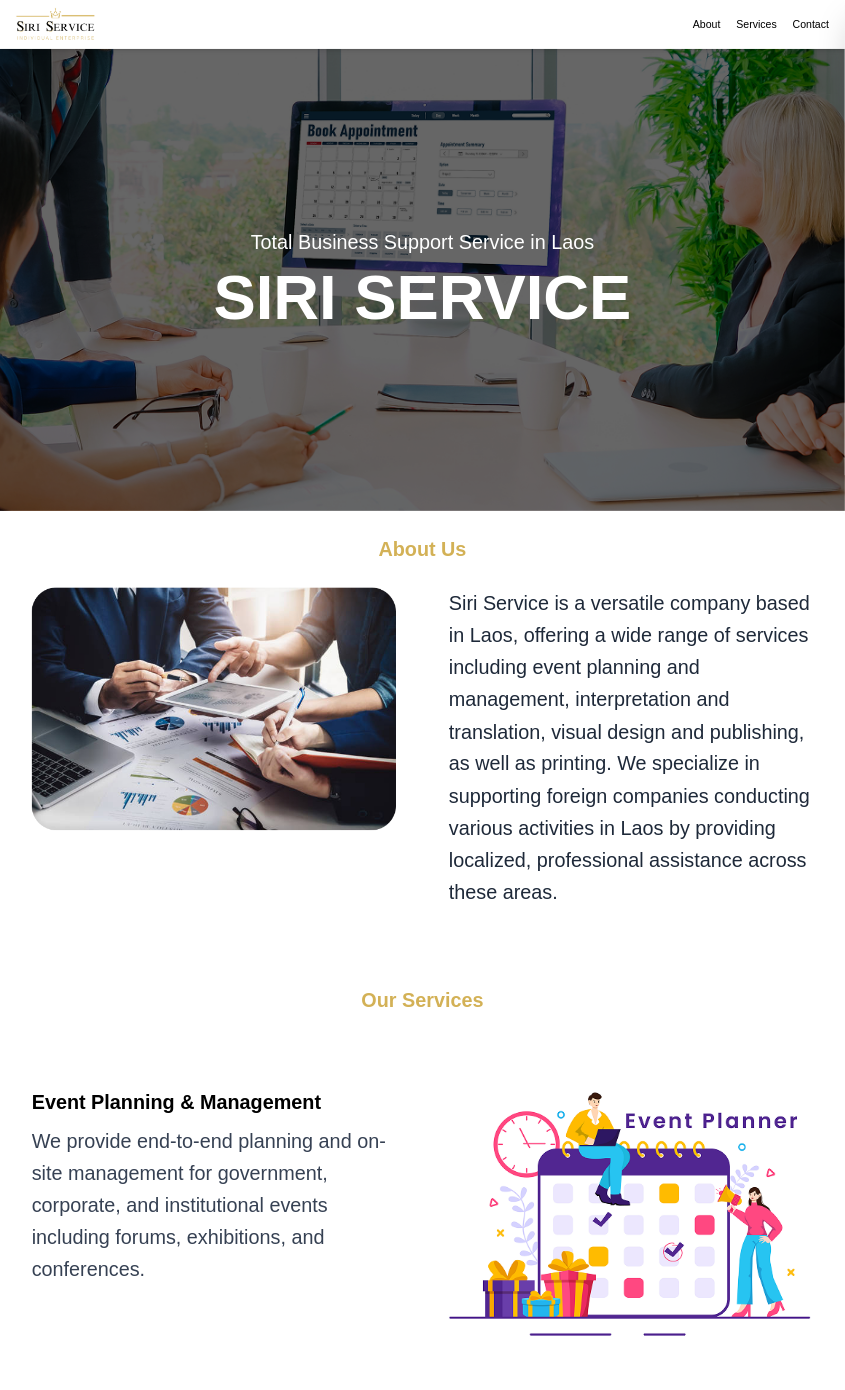
Repository: Phailin-teamplate/siri-service-web
Page: /
These files come from the project's save history. The page is drawn as it stood at one moment and after the next save; the edit follows.
The browser window is 1280 px wide. The pictures show the whole page, at 66% of full size.
The project was rebuilt for these pictures with package versions that can differ from the ones it lists, and the page was loaded fresh each time. The framework's server and built-in components were replaced by stand-ins that run in the browser. Also part of the build but not shown: next.config.ts.

Above is the page before, as saved 2025-07-02 14:48:51.

### src/app/layout.tsx
"use client";

import React, { useState, useEffect } from "react";
import { ArrowUpIcon } from "@heroicons/react/24/solid"; // Importing the arrow icon
// import { Geist, Geist_Mono } from "next/font/google";
// import { Inter, Noto_Sans_Lao } from "next/font/google";
import "./globals.css";
import Navbar from "@/src/components/navbar";

// const inter = Inter({ subsets: ["latin"] });
// const notoSansLao = Noto_Sans_Lao({ subsets: ["lao"] });

// const geistSans = Geist({
//   variable: "--font-geist-sans",
//   subsets: ["latin"],
// });
// const geistMono = Geist_Mono({
//   variable: "--font-geist-mono",
//   subsets: ["latin"],
// });

export default function RootLayout({
  children,
}: Readonly<{
  children: React.ReactNode;
}>) {
  const [isVisible, setIsVisible] = useState(false);

  // Detect scroll position and show button when scrolling down
  const handleScroll = () => {
    if (window.scrollY > 300) {
      setIsVisible(true);
    } else {
      setIsVisible(false);
    }
  };

  useEffect(() => {
    window.addEventListener("scroll", handleScroll);
    return () => {
      window.removeEventListener("scroll", handleScroll);
    };
  }, []);

  const scrollToTop = () => {
    window.scrollTo({ top: 0, behavior: "smooth" });
  };

  return (
    <html lang="en">
      {/* <body
        className={`${geistSans.variable} ${geistMono.variable} ${inter.className}  ${notoSansLao.className} antialiased`}
      > */}
      <body className="bg-white">
        <Navbar />
        {children}
        {/* <Footer /> */}

        {/* Popup Button with Icon for Scrolling to Top */}
        {isVisible && (
          <button
            onClick={scrollToTop}
            className="fixed bottom-2 right-5 md:bottom-5 md:right-10 bg-blue-500 text-white p-2 md:p-4 rounded-full shadow-lg hover:bg-blue-600 focus:outline-none transition-transform transform hover:scale-110"
          >
            {/* Heroicon Arrow Up Icon */}
            <ArrowUpIcon className="h-5 w-5 md:h-6 md:w-6" />
          </button>
        )}
      </body>
    </html>
  );
}

### src/app/page.tsx
import React from "react";
import Homepage from "@/src/components/Homepage";
import About from "@/src/components/About";
import Service from "@/src/components/Service";

export const metadata = {
  title: "About | TEAMPLATE",
  description:
    "Learn about TEAMPLATE — our story, mission, team, and values that drive our innovation.",
  keywords: ["teamplate", "about", "our story", "mission", "values", "team"],
  openGraph: {
    title: "About | TEAMPLATE",
    description:
      "Discover TEAMPLATE's story, mission, and the people behind our success.",
    url: "https://yourdomain.com/about",
    siteName: "TEAMPLATE",
    images: [
      {
        url: "https://yourdomain.com/images/about-og.jpg", // ✅ Replace with actual path
        width: 1200,
        height: 630,
        alt: "About TEAMPLATE",
      },
    ],
    locale: "en_US",
    type: "website",
  },
};

export default function Home() {
  return (
    <section className="w-full" id="about">
      <Homepage/>
      <About/>
      <Service/>
    </section>
  );
}

### src/components/navbar.tsx
import { useState, useCallback, useEffect } from "react";
import Image from "next/image";
import { Menu, X } from "lucide-react";
import Logo from "@/public/logo/Siri Service.png";

export default function Navbar() {
  const [isOpen, setIsOpen] = useState(false);

  // Function for smooth scrolling
  const handleSmoothScroll = useCallback((targetId: string) => {
    setIsOpen(false); // Close the sidebar

    if (targetId === "/") {
      window.scrollTo({ top: 0, behavior: "smooth" });
    } else {
      const targetElement = document.querySelector(targetId);
      if (targetElement) {
        targetElement.scrollIntoView({ behavior: "smooth" });
      }
    }
  }, []);

  const [isScrolled, setIsScrolled] = useState(false);

  // Detect scroll to change navbar background
  useEffect(() => {
    const handleScroll = () => {
      const scrollTop = window.scrollY;
      setIsScrolled(scrollTop > 10); // Trigger when scrolled 10px
    };

    window.addEventListener("scroll", handleScroll);

    return () => window.removeEventListener("scroll", handleScroll);
  }, []);

  return (
    <div className="w-full sticky top-0 z-50 bg-white shadow-md">
      <nav className="flex items-center justify-between px-6 py-3">
        {/* Logo */}
        <button
          onClick={() => handleSmoothScroll("/")}
          className="p-0 border-none bg-transparent active:opacity-80"
        >
          <Image
            className="w-20 sm:w-20 md:w-30 lg:w-30 xl:w-30 2xl:w-30 h-auto"
            src={Logo}
            alt="Appstore"
            priority
          />
        </button>

        {/* Desktop Links */}
        <div className="hidden md:flex gap-6">
          <button
            onClick={() => handleSmoothScroll("#about")}
            className="hover:text-blue-600 hover:underline transition-colors text-black duration-200 cursor-pointer"
          >
            About
          </button>
          <button
            onClick={() => handleSmoothScroll("#services")}
            className="hover:text-blue-600 hover:underline transition-colors text-black duration-200 cursor-pointer"
          >
            Services
          </button>
          <button
            onClick={() => handleSmoothScroll("#contact")}
            className="hover:text-blue-600 hover:underline transition-colors text-black duration-200 cursor-pointer"
          >
            Contact
          </button>
        </div>

        {/* Mobile Menu Button */}
        <button
          className="md:hidden focus:outline-none"
          onClick={() => setIsOpen(!isOpen)}
          aria-label="Toggle Menu"
        >
          {isOpen ? <X size={28} /> : <Menu size={28} />}
        </button>
      </nav>

      {/* Overlay (Closes menu when clicked) */}
      {isOpen && (
        <div
          className="fixed inset-0 z-40"
          onClick={() => setIsOpen(false)}
        ></div>
      )}

      {/* Mobile Sidebar */}
      <div
        className={`fixed top-0 right-0 h-full w-64 bg-white shadow-2xl p-6 flex flex-col transition-transform ${
          isOpen ? "translate-x-0" : "translate-x-full"
        } duration-300 ease-in-out z-50`}
      >
        {/* Sidebar Header */}
        <div className="flex justify-between items-center pb-4 mt-1">
          <h3 className="text-black text-2xl font-semibold">Menu</h3>
          <button
            className="text-black text-3xl font-bold focus:outline-none"
            onClick={() => setIsOpen(false)}
            aria-label="Close Menu"
          >
            <X size={28} />
          </button>
        </div>

        {/* Sidebar Links */}
        <div className="flex flex-col items-start gap-4 pb-4">
          <button
            onClick={() => handleSmoothScroll("#about")}
            className="hover:text-blue-600 hover:underline transition-colors duration-200 cursor-pointer"
          >
            About
          </button>
          <button
            onClick={() => handleSmoothScroll("#services")}
            className="hover:text-blue-600 hover:underline transition-colors duration-200 cursor-pointer"
          >
            Services
          </button>
          <button
            onClick={() => handleSmoothScroll("#contact")}
            className="hover:text-blue-600 hover:underline transition-colors duration-200 cursor-pointer"
          >
            Contact
          </button>
        </div>
      </div>
    </div>
  );
}

### src/components/Homepage.tsx
import Image from "next/image";
import BgSiri from "@/public/bg-siri.png";
import type { Metadata } from "next";

export const metadata: Metadata = {
  title: "SiriService | About Us",
  description: "We are a Laos-based IT startup aiming for the global market.",
};

export default function Homepage() {
  return (
    <div className="flex flex-col ">
      <div className="flex justify-center">
        <div className="relative w-full h-[400px] xs:h-[600px] sm:h-[650px] md:h-[700px] lg:h-[700px]">
          {/* Background Image */}
          <Image src={BgSiri} alt="StartUp" fill className="object-cover" />

          {/* Gradient Overlay */}
          <div className="absolute inset-0 bg-black/60 z-10" />

          {/* Centered Content */}
          <div className="absolute inset-0 z-20 flex flex-col items-center justify-center text-center px-4">
            <div className="mb-4 sm:mb-4">
              <p className="text-white text-sm xs:text-base sm:text-xl md:text-3xl font-medium">
                Total Business Support Service in Laos
              </p>
            </div>
            <h1 className="text-white text-4xl xs:text-5xl sm:text-6xl md:text-7xl lg:text-8xl font-bold">
              SIRI SERVICE
            </h1>
          </div>
        </div>
      </div>


    </div>
  );
}

### src/components/About.tsx
"use client";

import Image from "next/image";
import AboutSV from "@/public/About.png";
import type { Metadata } from "next";

export const metadata: Metadata = {
  title: "Teamplate",
  description: "We are a Laos-based IT startup aiming for the global market.",
};

export default function About() {
  return (
    <div className="w-full bg-white px-6 md:px-12 py-10" id="about">
      {/* Section Title */}
      <div className="text-center flex justify-center md:text-left mb-10">
        <h2 className="text-2xl md:text-3xl font-extrabold text-[#D3B156]">
          About Us
        </h2>
      </div>

      {/* Content: Image + Text */}
      <div className="flex flex-col md:flex-row items-start justify-center gap-12 md:gap-20">
  {/* Image */}
  <div className="w-full max-w-[660px] ">
    <Image
      src={AboutSV}
      alt="About"
    width={500}
            height={300}
      className="object-cover w-full h-auto rounded-xl"
      priority
    />
  </div>

  {/* Text */}
  <div className="w-full max-w-[720px] text-center md:text-left">
    <p className="text-3xl font-medium leading-relaxed text-gray-800">
      Siri Service is a versatile company based in Laos, offering a wide range of
      services including event planning and management, interpretation and
      translation, visual design and publishing, as well as printing. We specialize
      in supporting foreign companies conducting various activities in Laos by
      providing localized, professional assistance across these areas.
    </p>
  </div>
</div>

    </div>
  );
}

### src/components/Service.tsx
"use client";

import Image from "next/image";
import AboutSV from "@/public/About.png";
import type { Metadata } from "next";
import Service1 from "@/public/service/service1.png"

export const metadata: Metadata = {
  title: "Teamplate",
  description: "We are a Laos-based IT startup aiming for the global market.",
};

export default function Service() {
  return (
    <div className="w-full bg-white px-6 md:px-12 py-20" id="service">
      {/* Section Title */}
      <div className="text-center flex justify-center md:text-left mb-30">
        <h2 className="text-2xl md:text-3xl font-extrabold text-[#D3B156]">
          Our Services
        </h2>
      </div>

      {/* Content: Image + Text */}
      <div className="flex flex-col md:flex-row items-start justify-center gap-12 md:gap-20">
        {/* Text */}
        <div className="w-full max-w-[720px] text-center md:text-left">
          <h1 className="text-black text-3xl sm:text-3xl font-semibold mb-4">
            Event Planning & Management
          </h1>
       <p className="text-gray-700 text-3xl font-medium leading-relaxed line-clamp-5">
  We provide end-to-end planning and on-site management for
  government, corporate, and institutional events including forums,
  exhibitions, and conferences.
</p>

        </div>
        {/* Image */}
        <div className="w-full max-w-[570px] ">
          <Image
            src={Service1}
            alt="Service1"
            width={512}
            height={340}
            className="object-cover w-full h-auto rounded-xl"
            priority
          />
        </div>
      </div>
    </div>
  );
}

Loaded but not shown: src/app/globals.css (common file)

After the next save:
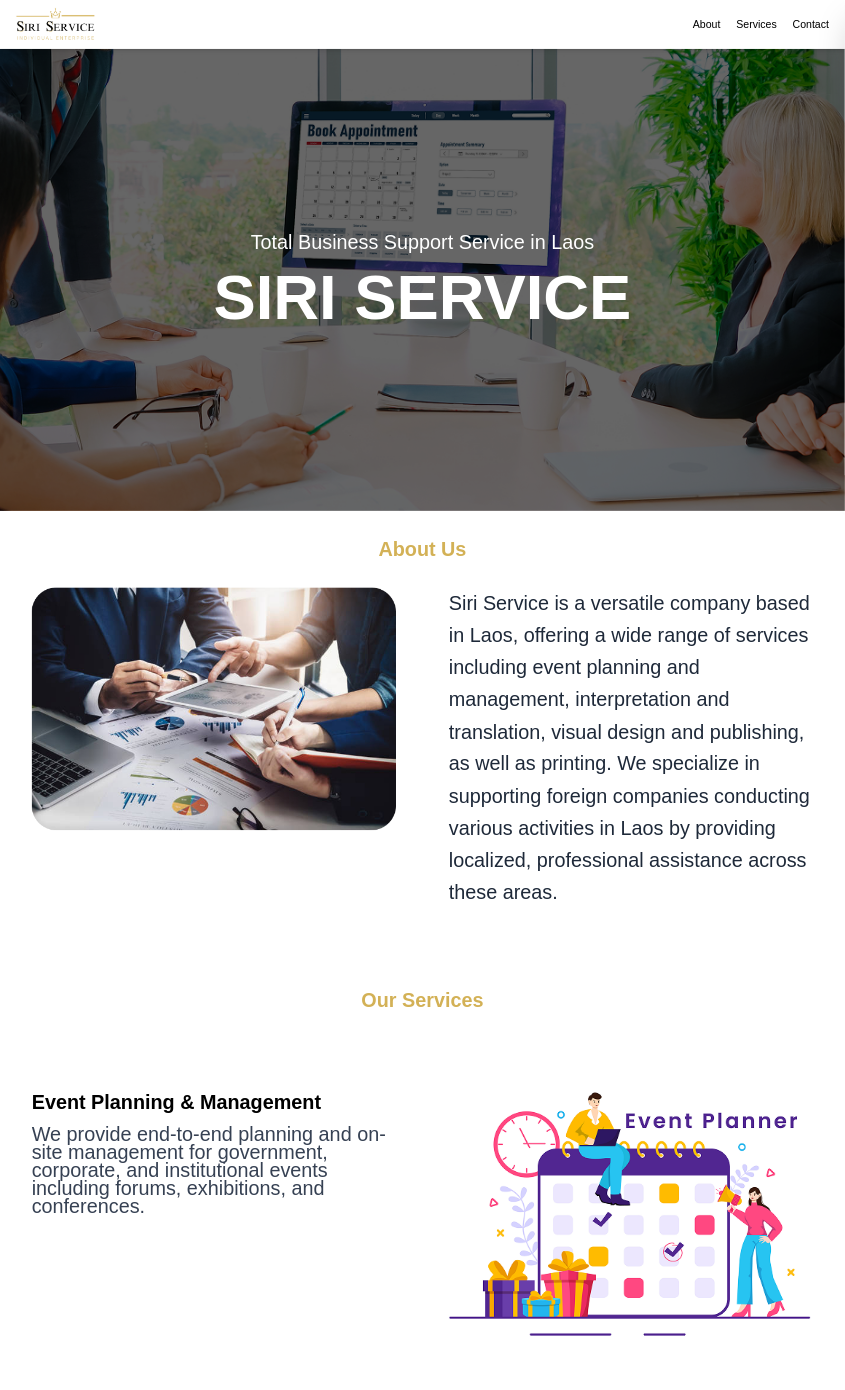
Saved 105 s later.
--- a/src/components/Service.tsx
+++ b/src/components/Service.tsx
@@ -27,7 +27,13 @@
           <h1 className="text-black text-3xl sm:text-3xl font-semibold mb-4">
             Event Planning & Management
           </h1>
-       <p className="text-gray-700 text-3xl font-medium leading-relaxed line-clamp-5">
+       <p
+  className="text-gray-700 text-3xl font-medium leading-relaxed overflow-hidden"
+  style={{
+    maxHeight: "8.5rem", // ประมาณ 5 บรรทัด (1.7rem * 5)
+    lineHeight: "1.7rem",
+  }}
+>
   We provide end-to-end planning and on-site management for
   government, corporate, and institutional events including forums,
   exhibitions, and conferences.
